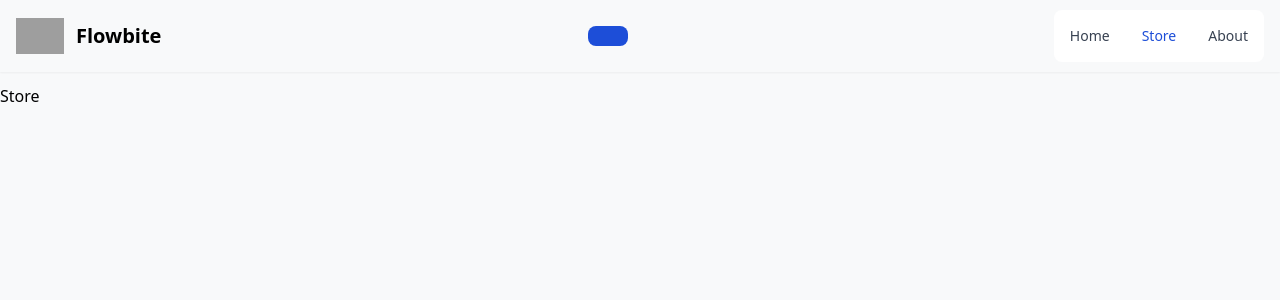
Repository: ducanhaep/react-ts-shopping-cart
Page: /store
These files come from the project's save history. The page is drawn as it stood at one moment and after the next save; the edit follows.
The browser window is 1280 px wide. The pictures show the whole page.
Pictures or frames that could not be fetched are drawn as grey boxes. The project was rebuilt for these pictures with package versions that can differ from the ones it lists, and the page was loaded fresh each time. Also part of the build but not shown: vite.config.ts, src/pages/About.js, src/pages/Home.js.

Above is the page before, as saved 2023-01-11 18:08:59.

### src/App.tsx
import { Routes, Route } from "react-router-dom";
import { About } from "./pages/About";
import { Home } from "./pages/Home";
import { Store } from "./pages/Store";
import { Navbar } from "./components/Navbar";
function App() {
  return (
    <>
      <Navbar />
      <div className="container mb-4">
        <Routes>
          <Route path="/" element={<Home />} />
          <Route path="/store" element={<Store />} />
          <Route path="/about" element={<About />} />
        </Routes>
      </div>
    </>
  );
}

export default App;

### src/index.css
@tailwind base;
@tailwind components;
@tailwind utilities;
:root {
  font-synthesis: none;
  text-rendering: optimizeLegibility;
  -webkit-font-smoothing: antialiased;
  -moz-osx-font-smoothing: grayscale;
  -webkit-text-size-adjust: 100%;
}

/* Box sizing rules */
*,
*::before,
*::after {
  box-sizing: border-box;
}

/* Remove default margin */
body,
h1,
h2,
h3,
h4,
p,
figure,
blockquote,
dl,
dd {
  margin: 0;
}

/* Remove list styles on ul, ol elements with a list role, which suggests default styling will be removed */
ul[role="list"],
ol[role="list"] {
  list-style: none;
}

/* Set core root defaults */
html:focus-within {
  scroll-behavior: smooth;
}

/* Set core body defaults */
body {
  min-height: 100vh;
  text-rendering: optimizeSpeed;
  line-height: 1.5;
  background-color: #f8f9fa;
}

input,
button,
textarea,
select {
  font: inherit;
}

### src/components/Navbar.tsx
import { Link, NavLink } from "react-router-dom";

export function Navbar() {
  return (
    <div className="shadow-sm mb-3">
      <nav className="containerbg-white border-gray-200 px-2 sm:px-4 py-2.5 rounded dark:bg-gray-900">
        <div className="container flex flex-wrap items-center justify-between mx-auto">
          <a href="#" className="flex items-center">
            <img
              src="https://flowbite.com/docs/images/logo.svg"
              className="h-6 mr-3 sm:h-9"
              alt="Flowbite Logo"
            />
            <span className="self-center text-xl font-semibold whitespace-nowrap dark:text-white">
              Flowbite
            </span>
          </a>
          <button
            data-collapse-toggle="navbar-default"
            type="button"
            // className="inline-flex items-center p-2 ml-3 text-sm text-gray-500 rounded-lg md:hidden hover:bg-gray-100 focus:outline-none focus:ring-2 focus:ring-gray-200 dark:text-gray-400 dark:hover:bg-gray-700 dark:focus:ring-gray-600"
            className=" text-white bg-blue-700 hover:bg-blue-800 focus:ring-4 focus:ring-blue-300 font-medium rounded-lg text-sm px-5 py-2.5 dark:bg-blue-600 dark:hover:bg-blue-700 focus:outline-none dark:focus:ring-blue-800"
            aria-controls="navbar-default"
            aria-expanded="false"
          >
            <span className="sr-only">Open main menu</span>
            <svg
              xmlns="http://www.w3.org/2000/svg"
              viewBox="0 0 576 512"
              fill="currentColor"
            >
              <path d="M96 0C107.5 0 117.4 8.19 119.6 19.51L121.1 32H541.8C562.1 32 578.3 52.25 572.6 72.66L518.6 264.7C514.7 278.5 502.1 288 487.8 288H170.7L179.9 336H488C501.3 336 512 346.7 512 360C512 373.3 501.3 384 488 384H159.1C148.5 384 138.6 375.8 136.4 364.5L76.14 48H24C10.75 48 0 37.25 0 24C0 10.75 10.75 0 24 0H96zM128 464C128 437.5 149.5 416 176 416C202.5 416 224 437.5 224 464C224 490.5 202.5 512 176 512C149.5 512 128 490.5 128 464zM512 464C512 490.5 490.5 512 464 512C437.5 512 416 490.5 416 464C416 437.5 437.5 416 464 416C490.5 416 512 437.5 512 464z" />
            </svg>
          </button>
          <div className="hidden w-full md:block md:w-auto" id="navbar-default">
            <ul className="flex flex-col p-4 mt-4 border border-gray-100 rounded-lg bg-gray-50 md:flex-row md:space-x-8 md:mt-0 md:text-sm md:font-medium md:border-0 md:bg-white dark:bg-gray-800 md:dark:bg-gray-900 dark:border-gray-700">
              <li>
                <NavLink
                  to="/"
                  className={({ isActive }) =>
                    isActive
                      ? "text-white bg-blue-700 rounded md:bg-transparent md:text-blue-700 md:p-0 dark:text-white"
                      : "block py-2 pl-3 pr-4 text-gray-700 rounded hover:bg-gray-100 md:hover:bg-transparent md:border-0 md:hover:text-blue-700 md:p-0 dark:text-gray-400 md:dark:hover:text-white dark:hover:bg-gray-700 dark:hover:text-white md:dark:hover:bg-transparent"
                  }
                  aria-current="page"
                >
                  Home
                </NavLink>
              </li>
              <li>
                <NavLink
                  to="store"
                  className={({ isActive }) =>
                    isActive
                      ? "text-white bg-blue-700 rounded md:bg-transparent md:text-blue-700 md:p-0 dark:text-white"
                      : "block py-2 pl-3 pr-4 text-gray-700 rounded hover:bg-gray-100 md:hover:bg-transparent md:border-0 md:hover:text-blue-700 md:p-0 dark:text-gray-400 md:dark:hover:text-white dark:hover:bg-gray-700 dark:hover:text-white md:dark:hover:bg-transparent"
                  }
                >
                  Store
                </NavLink>
              </li>
              <li>
                <NavLink
                  to="about"
                  className={({ isActive }) =>
                    isActive
                      ? "text-white bg-blue-700 rounded md:bg-transparent md:text-blue-700 md:p-0 dark:text-white"
                      : "block py-2 pl-3 pr-4 text-gray-700 rounded hover:bg-gray-100 md:hover:bg-transparent md:border-0 md:hover:text-blue-700 md:p-0 dark:text-gray-400 md:dark:hover:text-white dark:hover:bg-gray-700 dark:hover:text-white md:dark:hover:bg-transparent"
                  }
                >
                  About
                </NavLink>
              </li>
            </ul>
          </div>
        </div>
      </nav>
    </div>
  );
}

### tailwind.config.cjs
/** @type {import('tailwindcss').Config} */
module.exports = {
  content: ["./index.html", "./src/**/*.{js,ts,jsx,tsx}"],
  theme: {
    container: {
      center: true,
    },
    extend: {},
  },
  plugins: [],
};

Loaded but not shown: index.html (common file); src/main.tsx (common file); src/pages/Store.js (common file)

After the next save:
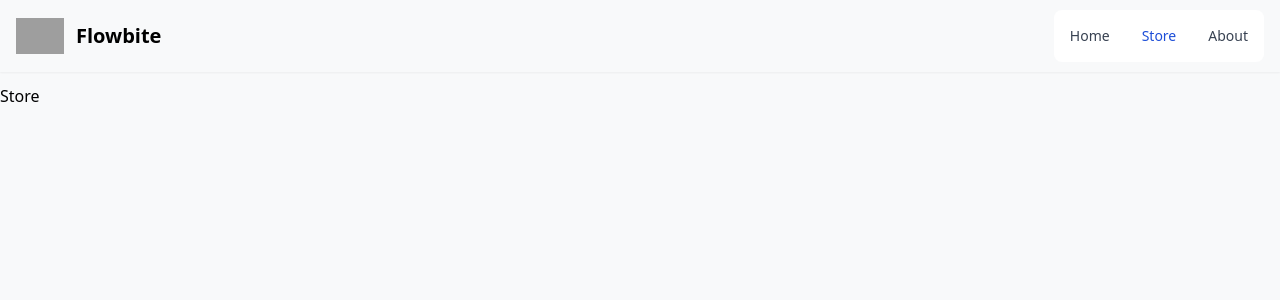
Saved 18 s later.
--- a/src/components/Navbar.tsx
+++ b/src/components/Navbar.tsx
@@ -18,8 +18,7 @@ export function Navbar() {
           <button
             data-collapse-toggle="navbar-default"
             type="button"
-            // className="inline-flex items-center p-2 ml-3 text-sm text-gray-500 rounded-lg md:hidden hover:bg-gray-100 focus:outline-none focus:ring-2 focus:ring-gray-200 dark:text-gray-400 dark:hover:bg-gray-700 dark:focus:ring-gray-600"
-            className=" text-white bg-blue-700 hover:bg-blue-800 focus:ring-4 focus:ring-blue-300 font-medium rounded-lg text-sm px-5 py-2.5 dark:bg-blue-600 dark:hover:bg-blue-700 focus:outline-none dark:focus:ring-blue-800"
+            className="inline-flex items-center p-2 ml-3 text-sm text-gray-500 rounded-lg md:hidden hover:bg-gray-100 focus:outline-none focus:ring-2 focus:ring-gray-200 dark:text-gray-400 dark:hover:bg-gray-700 dark:focus:ring-gray-600"
             aria-controls="navbar-default"
             aria-expanded="false"
           >
